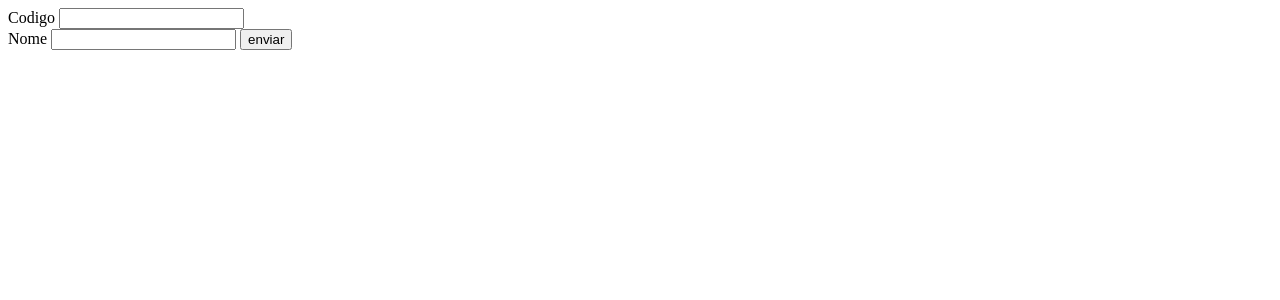
Repository: ricardofelipesilva/sistema
Page: site/WebContent/formNovaCategoria.html
The author's editor kept a copy of each file at every save. The page is drawn from the files as they stood at one save, then again after the next save.
The browser window is 1280 px wide. The pictures show the whole page.

Above is the page before, as saved 2019-06-30 22:23:49.

After the next save:
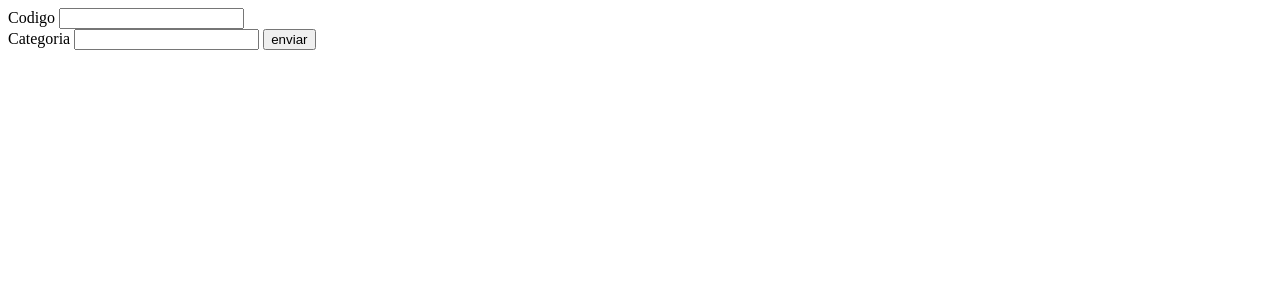
Saved 4 s later.
--- a/site/WebContent/formNovaCategoria.html
+++ b/site/WebContent/formNovaCategoria.html
@@ -10,7 +10,7 @@
 		<label>Codigo</label>
 		<input type="text" name="codigo"/>
 		<br>
-		<label>Nome</label>
+		<label>Categoria</label>
 		<input type="text" name="Categoria"/>
 		<input type="submit" value="enviar">
 	</div>
